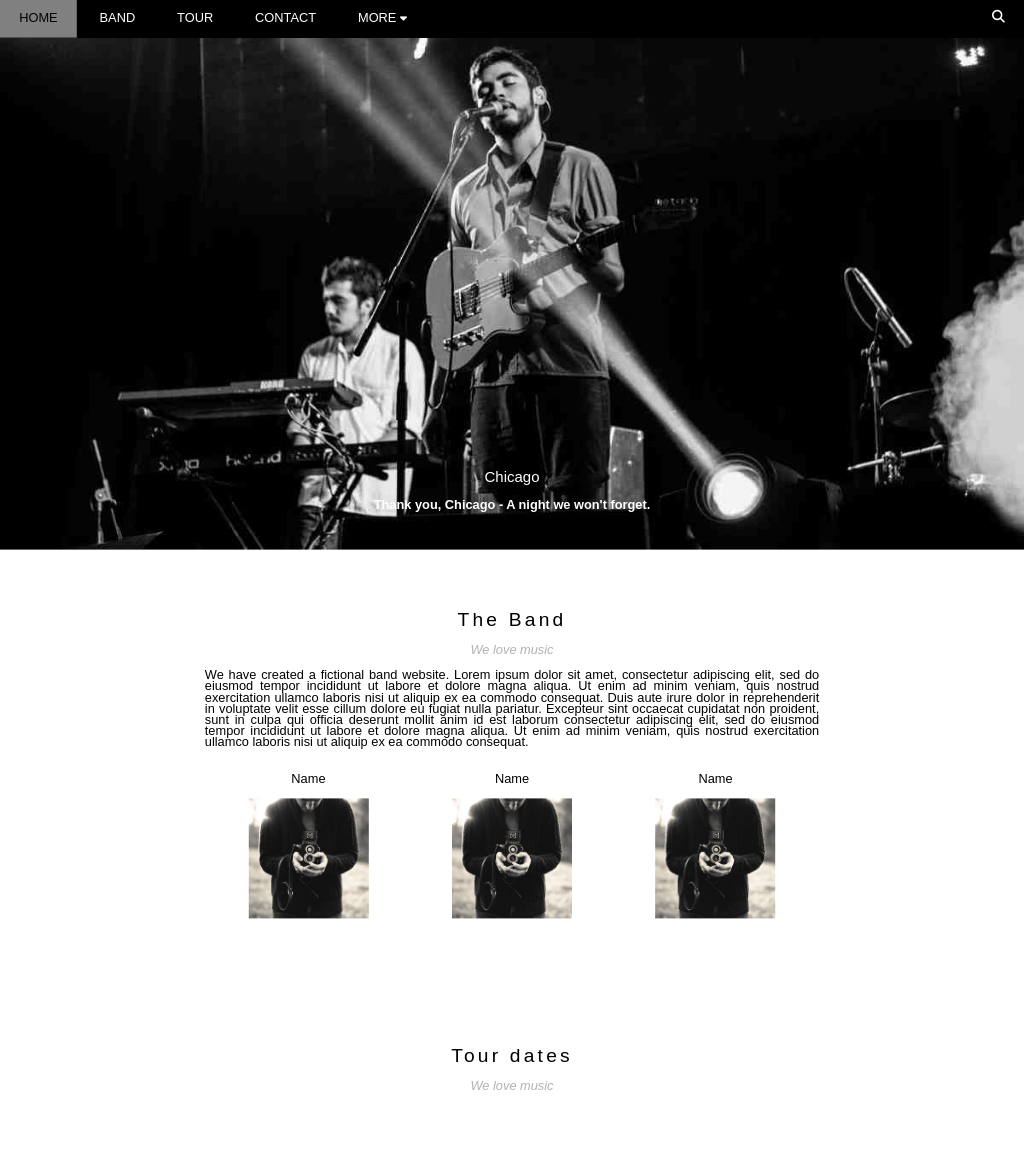
Repository: ngotranphuongbao/theband
Page: index.html
An editor plug-in stored every save of this project. The page is shown before and after the next save, followed by the edit.
The browser window is 1280 px wide. The pictures show the whole page, at 80% of full size.
Some web libraries are served in a nearby version.

Above is the page before, as saved 2022-12-21 09:06:04.

After the next save:
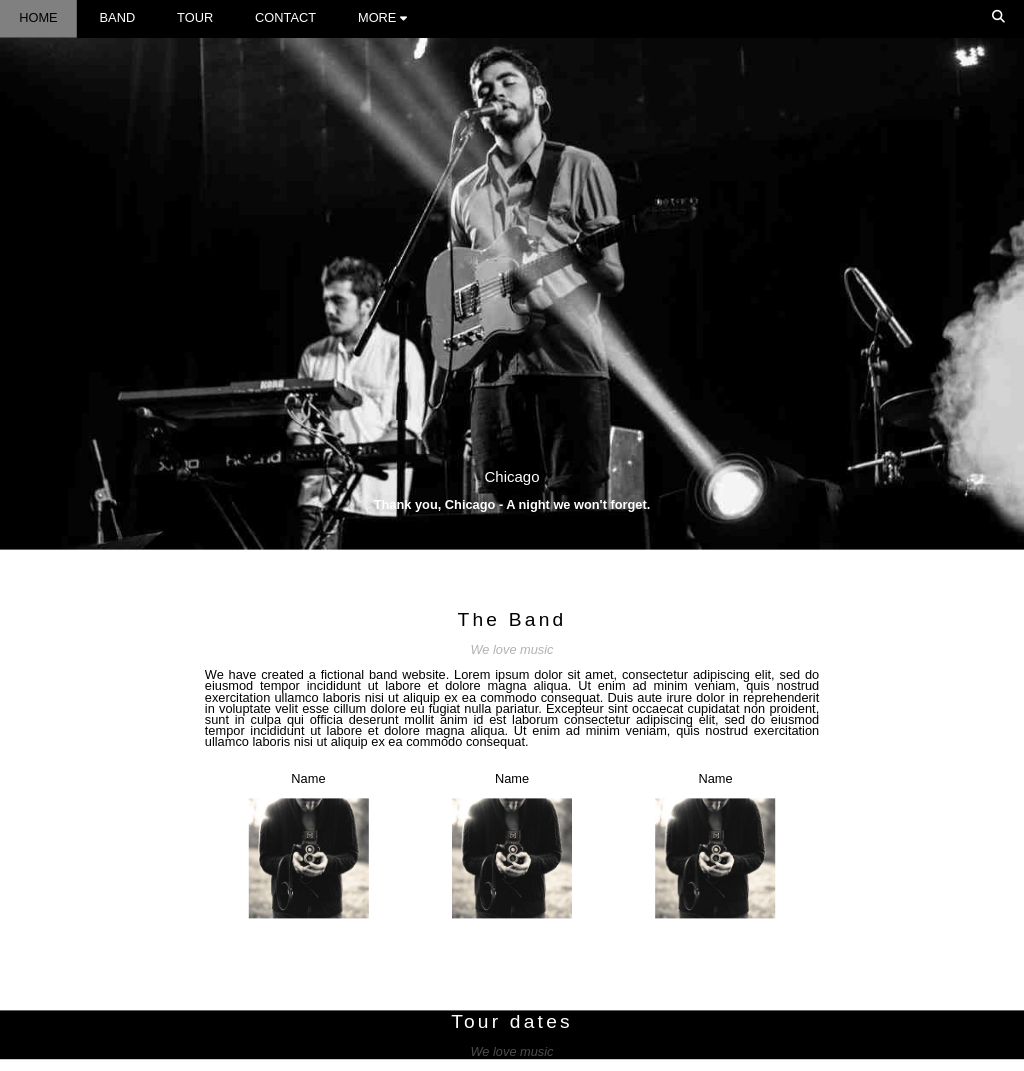
Saved 2 min 37 s later.
--- a/assets/css/style.css
+++ b/assets/css/style.css
@@ -171,7 +171,12 @@
 }
 
 #tour-dates {
-    padding: 64px;
+    margin-top: 32px;
+    background-color: black;
+}
+
+#tour-dates .section-name {
+    color: white;
 }
 
 
